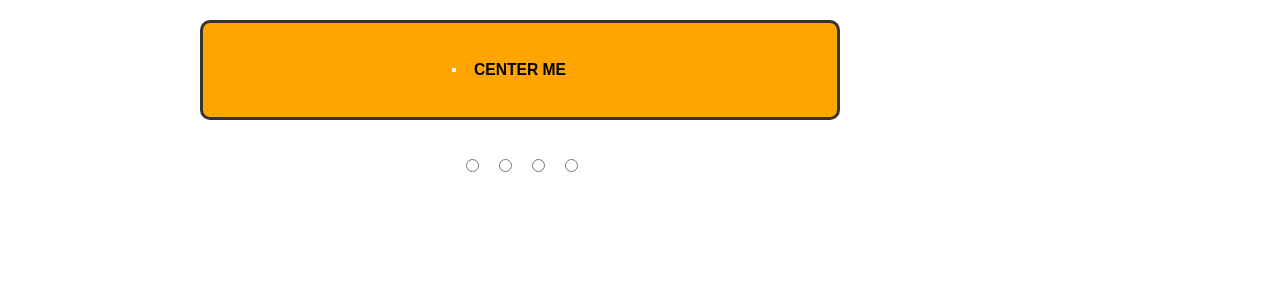
Repository: phanvu0103/HTML-CSS
Page: CSS_17.2_Các-cách-căn-giữa-trong-CSS/index.html
An editor plug-in stored every save of this project. The page is shown before and after the next save, followed by the edit.
The browser window is 1280 px wide. The pictures show the whole page.

Above is the page before, as saved 2022-09-24 13:28:15.

After the next save:
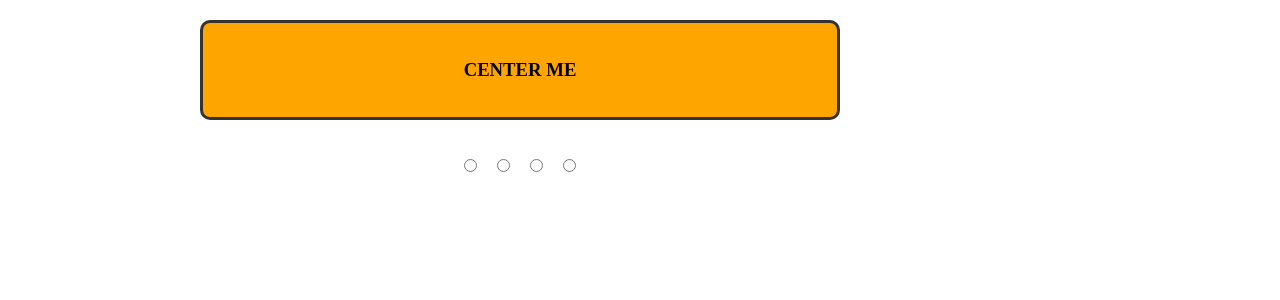
Saved 29 s later.
--- a/CSS_17.2_Các-cách-căn-giữa-trong-CSS/index.html
+++ b/CSS_17.2_Các-cách-căn-giữa-trong-CSS/index.html
@@ -9,9 +9,8 @@
   </head>
   <body>
     <div class="box">
-      <button>
-        <h3>CENTER ME</h3>
-      </button>
+      <h3>CENTER ME</h3>
+
       <input name="made" type="radio" />
       <input name="made" type="radio" />
       <input name="made" type="radio" />
